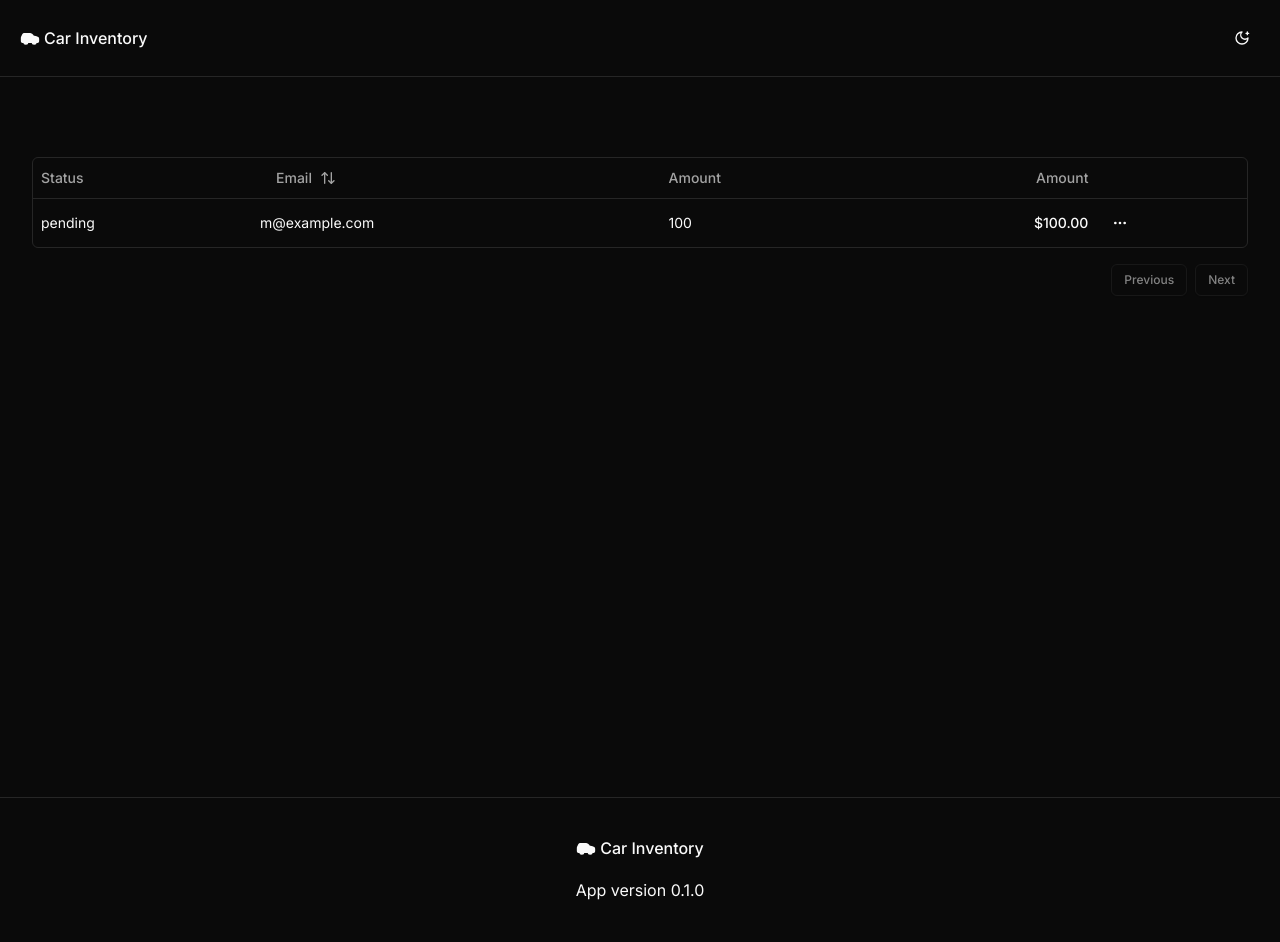
Repository: tushcmd/car-inventory
Page: /payments (app in frontend/)
An editor plug-in stored every save of this project. The page is shown before and after the next save, followed by the edit.
The browser window is 1280 px wide. The pictures show the whole page.
The project was rebuilt for these pictures with package versions that can differ from the ones it lists, and the page was loaded fresh each time. The framework's server and built-in components were replaced by stand-ins that run in the browser. Also part of the build but not shown: frontend/next.config.mjs.

Above is the page before, as saved 2024-05-12 06:09:52.

After the next save:
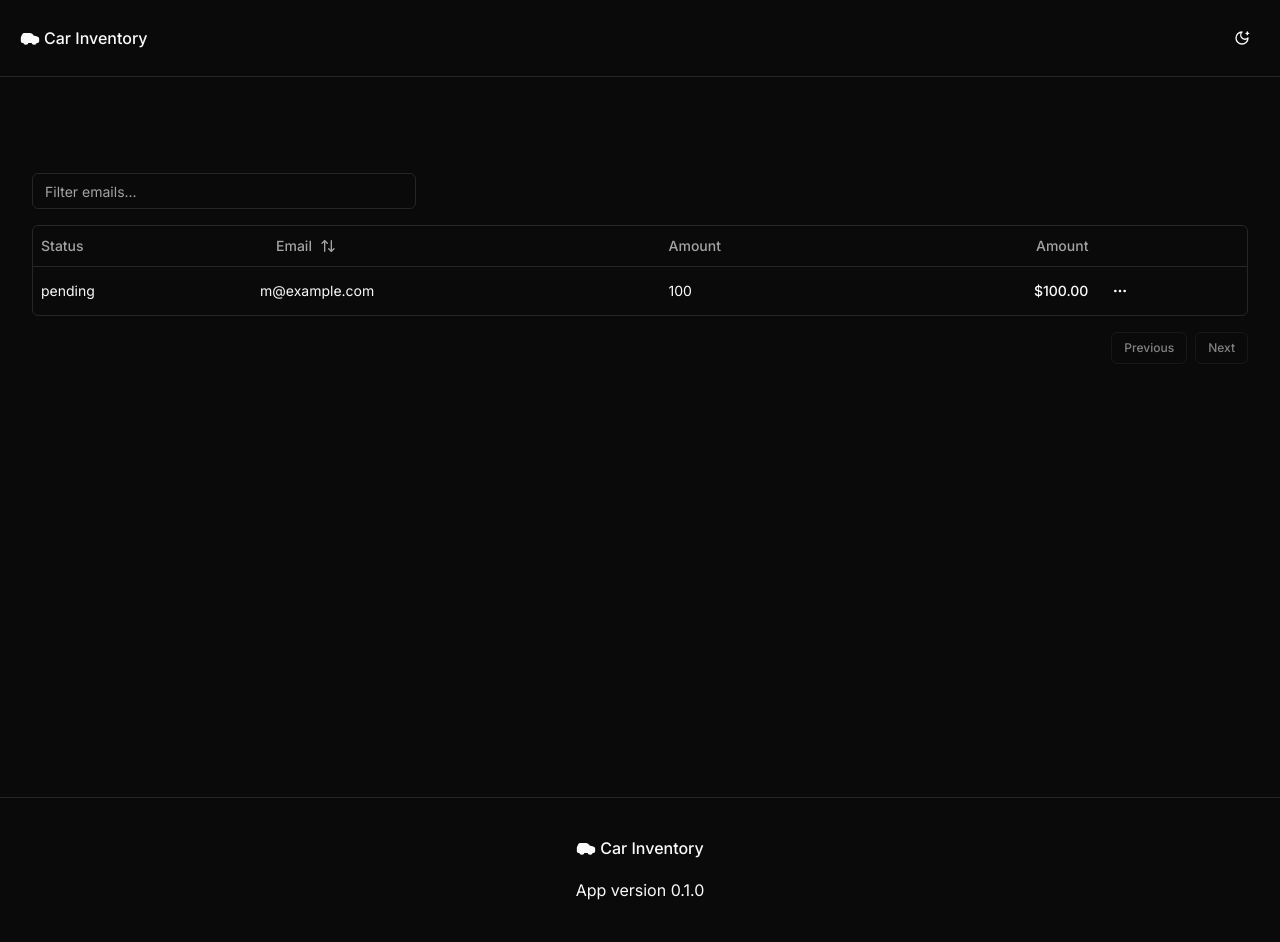
Saved 35 s later.
--- a/frontend/app/payments/data-table.tsx
+++ b/frontend/app/payments/data-table.tsx
@@ -59,6 +59,16 @@ export function DataTable<TData, TValue>({
 
     return (
         <div>
+            <div className="flex items-center py-4">
+                <Input
+                    placeholder="Filter emails..."
+                    value={(table.getColumn("email")?.getFilterValue() as string) ?? ""}
+                    onChange={(event) =>
+                        table.getColumn("email")?.setFilterValue(event.target.value)
+                    }
+                    className="max-w-sm"
+                />
+            </div>
             <div className="rounded-md border">
                 <Table>
                     <TableHeader>
